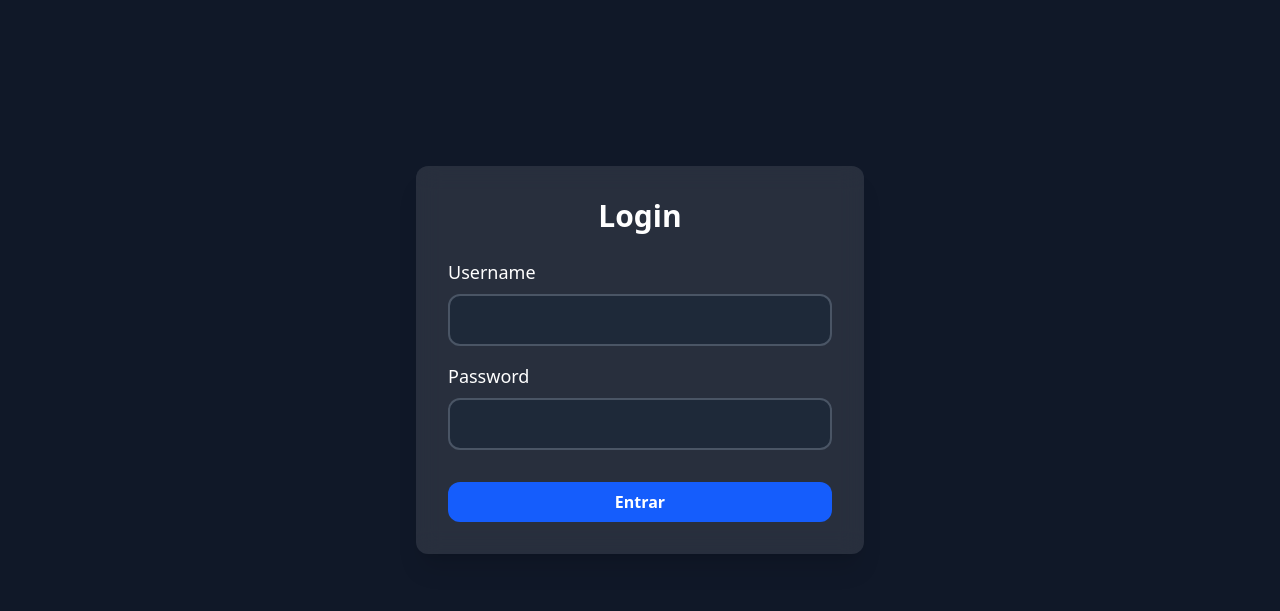
Repository: GabrielF0900/Tarefix
Page: / (app in Frontend/)
The author's editor kept a copy of each file at every save. The page is drawn from the files as they stood at one save, then again after a run of saves.
The browser window is 1280 px wide. The pictures show the whole page.
The project was rebuilt for these pictures with package versions that can differ from the ones it lists, and the page was loaded fresh each time. Also part of the build but not shown: Frontend/vite.config.ts.

Above is the page before, as saved 2025-07-24 17:56:51.

After the next 2 saves:
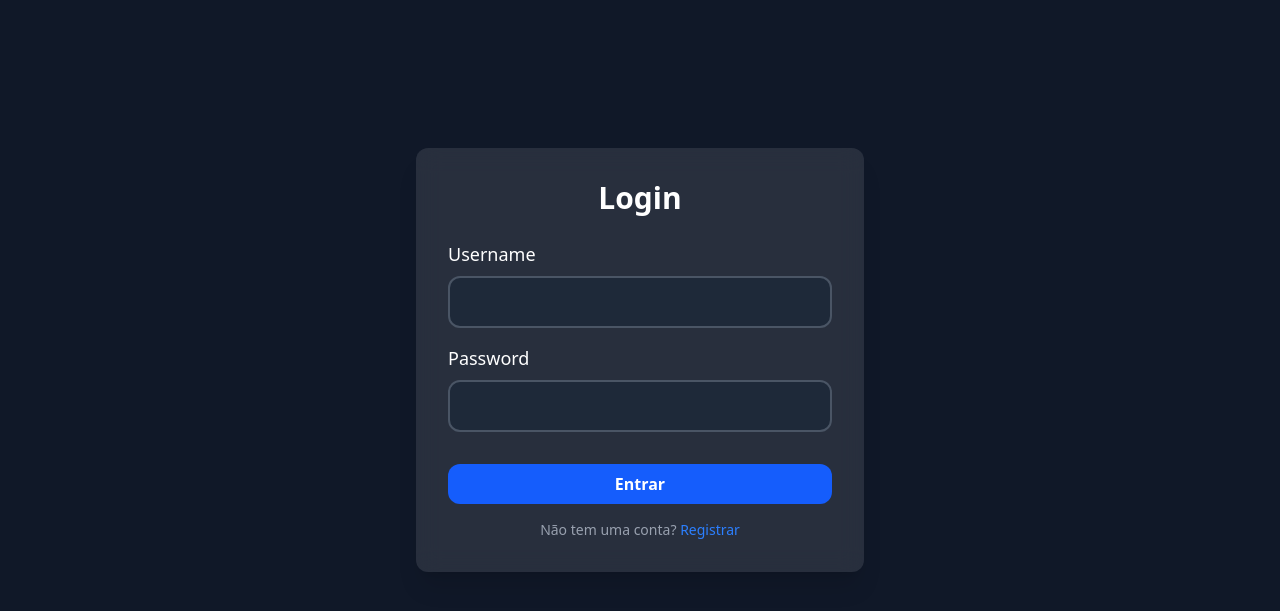
The 2 saves are shown as one change because they came seconds apart.
The last was saved 6 s later.
--- a/Frontend/src/pages/Login.tsx
+++ b/Frontend/src/pages/Login.tsx
@@ -16,7 +16,9 @@ export function Login() {
           Entrar
         </button>
 
-
+        <p className="mt-4 text-center text-sm text-gray-400">
+          Não tem uma conta? <a href="/register" className="text-blue-500 hover:underline">Registrar</a>
+        </p>
       </div>
     </div>
   );
